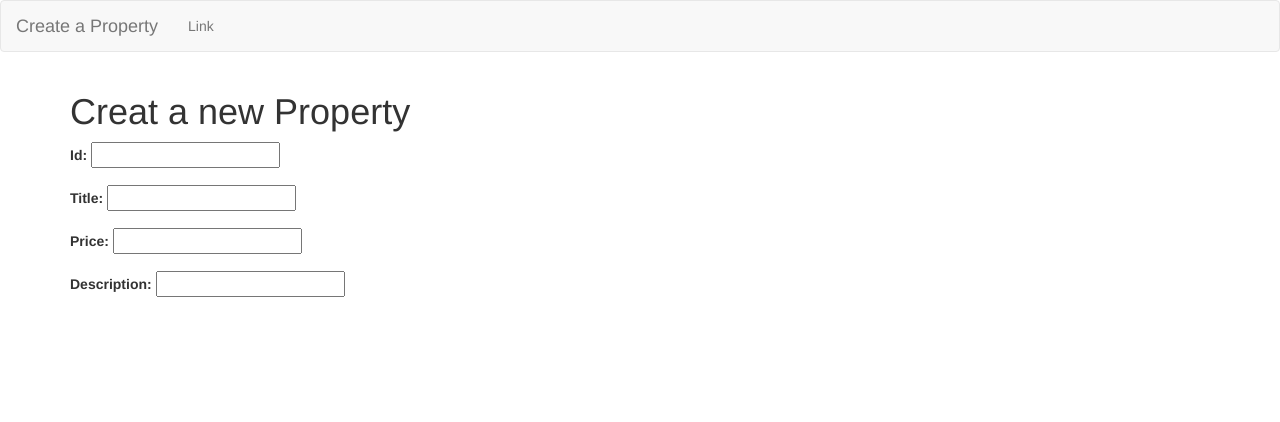
Repository: djoysilva/vivaRealChallenge
Page: http://localhost/vivaReal2.0/createProperty.jsp
The author's editor kept a copy of each file at every save. The page is drawn from the files as they stood at one save, then again after the next save.
The browser window is 1280 px wide. The pictures show the whole page.
The page is served by Tomcat 9. Other server files are loaded and not shown.

Above is the page before, as saved 2016-11-02 21:03:54.

### VivaRealWorkSpace/vivaReal2.0/WebContent/createProperty.jsp
<%@ page language="java" contentType="text/html; charset=ISO-8859-1"
    pageEncoding="ISO-8859-1"%>
<!DOCTYPE html PUBLIC "-//W3C//DTD HTML 4.01 Transitional//EN" "http://www.w3.org/TR/html4/loose.dtd">
<html>
<head>
<meta http-equiv="Content-Type" content="text/html; charset=ISO-8859-1">
<%@ include file = "include.jsp"%>
<title>Create a new property</title>
</head>
<body>
	<%@ include file = "menu.jsp" %>
	<div class = "container">
		<h1>Creat a new Property</h1>
		<div class = "row">
			<div class = "col-md-4">
				<form action="createProperty" method="post">
					<input type="hidden" name="action" value="create">
					<div class = "form-group">
						<label for="idId">Id:</label>
						<input type="text" name="id" id="idId">
					</div>
					<div class = "form-group">
						<label for="idTitle">Title:</label>
						<input type="text" name="title" id="idTitle">
					</div>
					<div class = "form-group">
						<label for="idPrice">Price:</label>
						<input type="text" name="price" id="idPrice">
					</div>
					<div class = "form-group">
						<label for="idDesc">Description:</label>
						<input type="text" name="description" id="idDesc">
					</div>
				</form>
			</div>
		</div>
	</div>
</body>
</html>

### VivaRealWorkSpace/vivaReal2.0/WebContent/include.jsp
<link rel = "stylesheet" type = "text/css" href="css/bootstrap.min.css">

### VivaRealWorkSpace/vivaReal2.0/WebContent/menu.jsp
<nav class="navbar navbar-default">
  <div class="container-fluid">
    <!-- Brand and toggle get grouped for better mobile display -->
    <div class="navbar-header">
      <button type="button" class="navbar-toggle collapsed" data-toggle="collapse" data-target="#bs-example-navbar-collapse-1" aria-expanded="false">
        <span class="sr-only">Toggle navigation</span>
        <span class="icon-bar"></span>
        <span class="icon-bar"></span>
        <span class="icon-bar"></span>
      </button>
      <a class="navbar-brand" href="createProperty.jsp">Create a Property</a>
    </div>

    <!-- Collect the nav links, forms, and other content for toggling -->
    <div class="collapse navbar-collapse" id="bs-example-navbar-collapse-1">
      <ul class="nav navbar-nav">
        <li><a href="#">Link</a></li>
      </ul>
    </div><!-- /.navbar-collapse -->
  </div><!-- /.container-fluid -->
</nav>

Loaded but not shown: VivaRealWorkSpace/vivaReal2.0/WebContent/css/bootstrap.min.css (library)

After the next save:
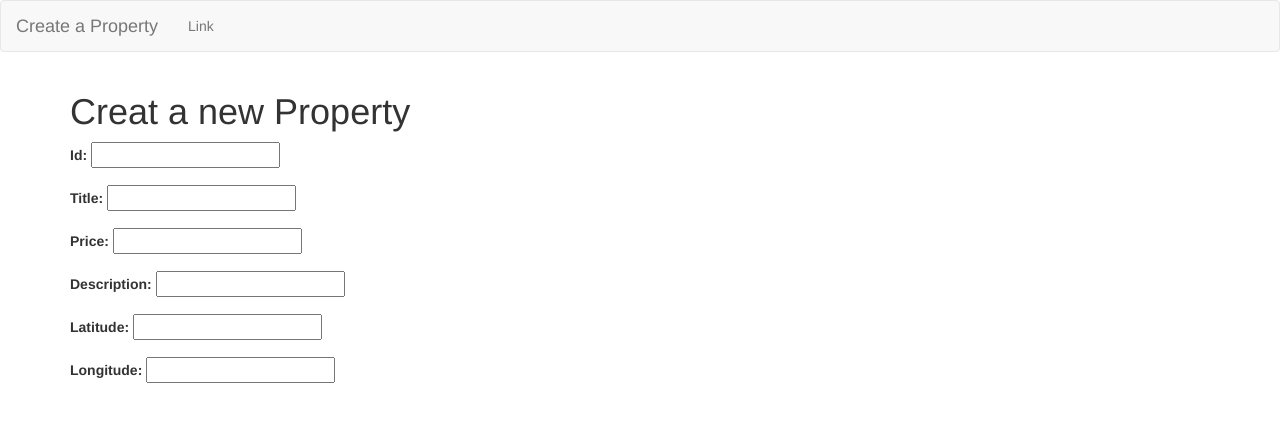
Saved 70 s later.
--- a/VivaRealWorkSpace/vivaReal2.0/WebContent/createProperty.jsp
+++ b/VivaRealWorkSpace/vivaReal2.0/WebContent/createProperty.jsp
@@ -31,6 +31,14 @@
 						<label for="idDesc">Description:</label>
 						<input type="text" name="description" id="idDesc">
 					</div>
+					<div class = "form-group">
+						<label for="idLatitude">Latitude:</label>
+						<input type="text" name="latitude" id="idLatitude">
+					</div>
+					<div class = "form-group">
+						<label for="idLongitude">Longitude:</label>
+						<input type="text" name="longitude" id="idLongitude">
+					</div>
 				</form>
 			</div>
 		</div>
